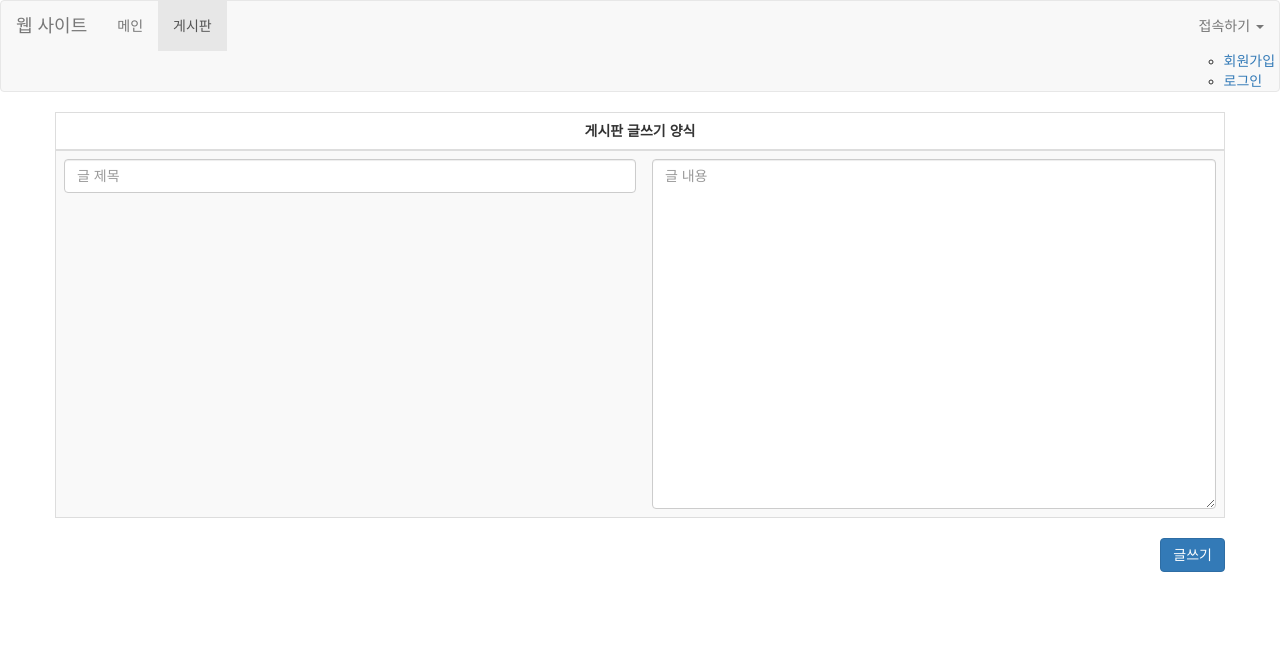
Repository: hayeon/JSP_BBS
Page: http://localhost/BBS/write.jsp
The author's editor kept a copy of each file at every save. The page is drawn from the files as they stood at one save, then again after the next save.
The browser window is 1280 px wide. The pictures show the whole page.
The page is served by Tomcat 9. Other server files are loaded and not shown.

Above is the page before, as saved 2021-07-24 14:10:19.
Console error (its wording comes from the project's code and is left out).

### notice_board/BBS/WebContent/write.jsp
<%@ page language="java" contentType="text/html; charset=UTF-8"
	pageEncoding="UTF-8"%>
<%@ page import="java.io.PrintWriter"%>
<!DOCTYPE html>
<html>
<head>
<meta http-equiv="Content-Type" content="text/html; charset= UTF-8">
<meta name="viewport" content="width=device.width" , initial-scale="1">
<!--부트스트랩은 사이즈가 디바이스마다 깔쌈하게 크기가 변경되게 도와줌  -->
<link rel="stylesheet" href="css/bootstrap.css">
<!--스타일시트 참조, css폴더 안에 부트스트랩 참조-->
<title>JSP 웹 사이트</title>
</head>

<body>
	<%
	//로그인 안 하면 NULL값이 담기게 됨
	String userID = null;
	if (session.getAttribute("userID") != null) {
		userID = (String) session.getAttribute("userID");
	}
	%>
	<nav class="navbar navbar-default">
		<!--네이게이션바-->

		<div class="navbar-header">
			<button type="button" class="navbar-toggle collapsed"
				data-toggle="collapse" data-target="#bs-example-navbar-collapse-1"
				aria-expanded="false">
				<span class="icon-bar"></span>
				<!--아이콘 바에 작대기 그리기 4개 넣었으니 4줄-->
				<span class="icon-bar"></span> <span class="icon-bar"></span> <span
					class="icon-bar"></span>
			</button>

			<a class="navbar-brand" href="main.jsp"> 웹 사이트</a>
		</div>

		<div class="collapse navbar-collapse"
			id="bs-example-navbar-collapse-1">
			<ul class="nav navbar-nav">
				<!--ul은 리스트를 보여줌-->

				<li><a href="main.jsp">메인 </a></li>
				<!-- 메인으로 이동함 -->
				<li class="active"><a href="bbs.jsp">게시판 </a></li>
				<!-- 게시판으로 이동함 -->
			</ul>
			<%
			if (userID == null) { //로그인이 안되었다면
			%>

			<ul class="nav navbar-nav navbar-right">
				<li class="dropdown"><a href="#" class="dropdown-toggle"
					data-toggle="dropdown" role="buttton" aria-haspopup="true"
					aria-expanded="false">접속하기 <span class="caret"></span></a>

					<ul class="dropdowon-menu">
						<li><a href="join.jsp">회원가입</a></li>
						<li><a href="login.jsp">로그인</a></li>

						<!-- 액티브는 단 한개의 홈페이지에만 선택된 홈페이지 의미 -->

					</ul></li>
			</ul>
			<%
			} else {
			%>
			<ul class="nav navbar-nav navbar-right">
				<li class="dropdown"><a href="#" class="dropdown-toggle"
					data-toggle="dropdown" role="buttton" aria-haspopup="true"
					aria-expanded="false">회원관리 <span class="caret"></span></a>
					<ul class="dropdowon-menu">
						<li><a href="logoutAction.jsp">로그아웃</a></li>

					</ul></li>
			</ul>
			<%
			}
			%>

		</div>
	</nav>
	<div class="container">
		<div class="row">
			<table class="table table-striped"
				style="text-align: center; border: 1px solid #dddddd">
				<thead>
					<tr>
						<th colspan="2"
							style="background-color: #eeeee; text-align: center;">게시판
							글쓰기 양식</th>

					</tr>
				</thead>
				<tbody>
					<tr>
						<td><input type="text" class="form-control" placeholder="글 제목"
							name="bbsTitle" maxlength="50"></td>
						<td><textarea type="text" class="form-control"
								placeholder="글 내용" name="bbsContent" maxlength="2048"
								style="height: 350px;"></textarea></td>
					</tr>
				</tbody>
			</table>
			<input type="submit" class="btn btn-primary pull-right" value="글쓰기">

		</div>
	</div>


	<script
		src="https://maxcdn.bootstrapcdn.com/bootstrap/3.3.7/js/bootstrap.min.js"></script>
	<script src="js/bootstrap.js">

	</script>
	<!-- js폴더 안에 부트스트랩 참조 -->
</body>
</html>

Loaded but not shown: notice_board/BBS/WebContent/css/bootstrap.css (library); notice_board/BBS/WebContent/js/bootstrap.js (library)

After the next save:
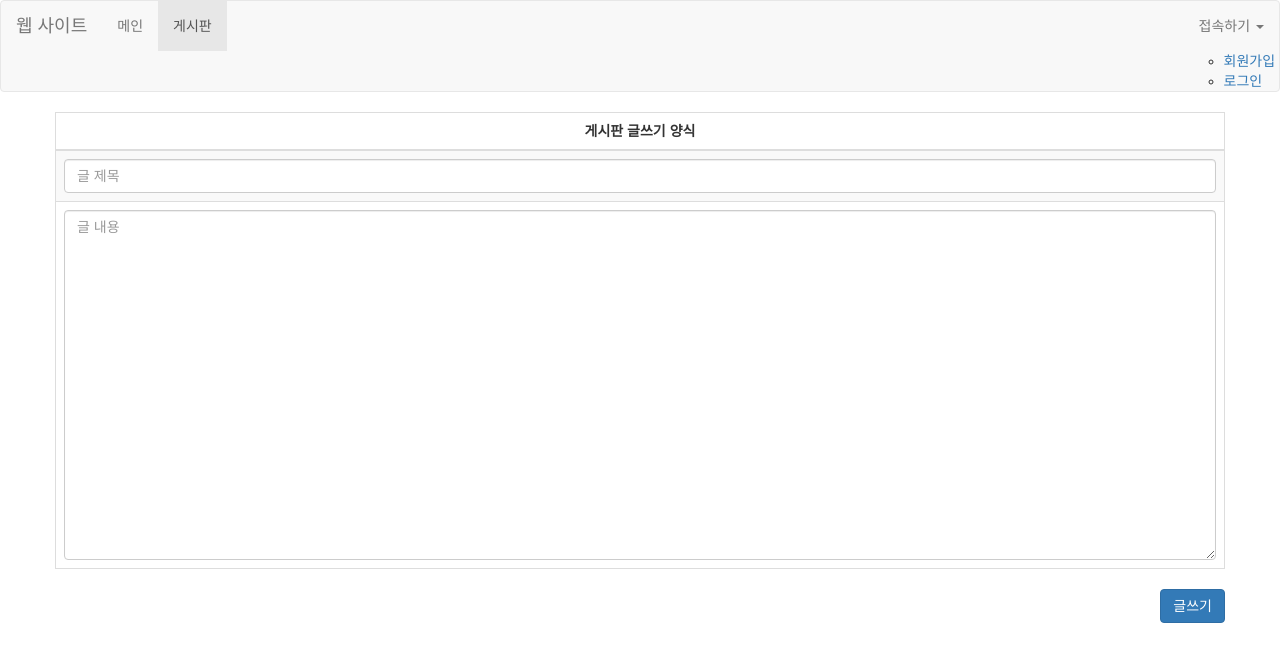
Saved 80 s later.
--- a/notice_board/BBS/WebContent/write.jsp
+++ b/notice_board/BBS/WebContent/write.jsp
@@ -96,10 +96,10 @@
 				<tbody>
 					<tr>
 						<td><input type="text" class="form-control" placeholder="글 제목"
-							name="bbsTitle" maxlength="50"></td>
-						<td><textarea type="text" class="form-control"
+							name="bbsTitle" maxlength="50"></td> </tr> <!-- tr태그를 사용하여 한줄씩 출력 -->
+						<tr><td><textarea type="text" class="form-control"
 								placeholder="글 내용" name="bbsContent" maxlength="2048"
-								style="height: 350px;"></textarea></td>
+								style="height: 350px;"></textarea></td> </tr>
 					</tr>
 				</tbody>
 			</table>
